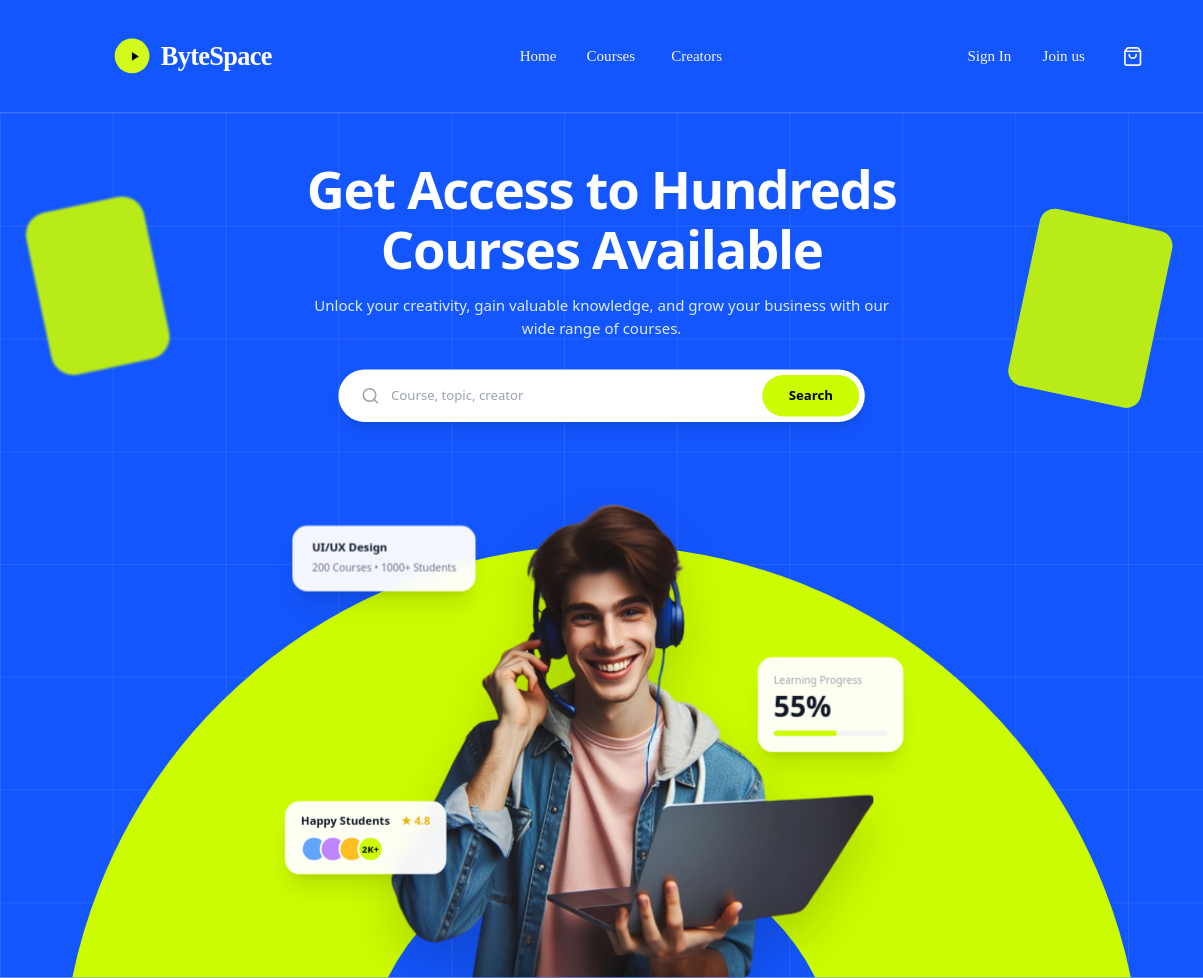
Repository: mdkawsarjomadder/bytespace
Page: /
An editor plug-in stored every save of this project. The page is shown before and after the next save, followed by the edit.
The browser window is 1280 px wide. The pictures show the whole page, at 94% of full size.
Some web fonts or font styles are not loaded; a fallback is used. The project was rebuilt for these pictures with package versions that can differ from the ones it lists, and the page was loaded fresh each time. Also part of the build but not shown: vite.config.js.

Above is the page before, as saved 2026-09-29 18:31:23.

After the next save:
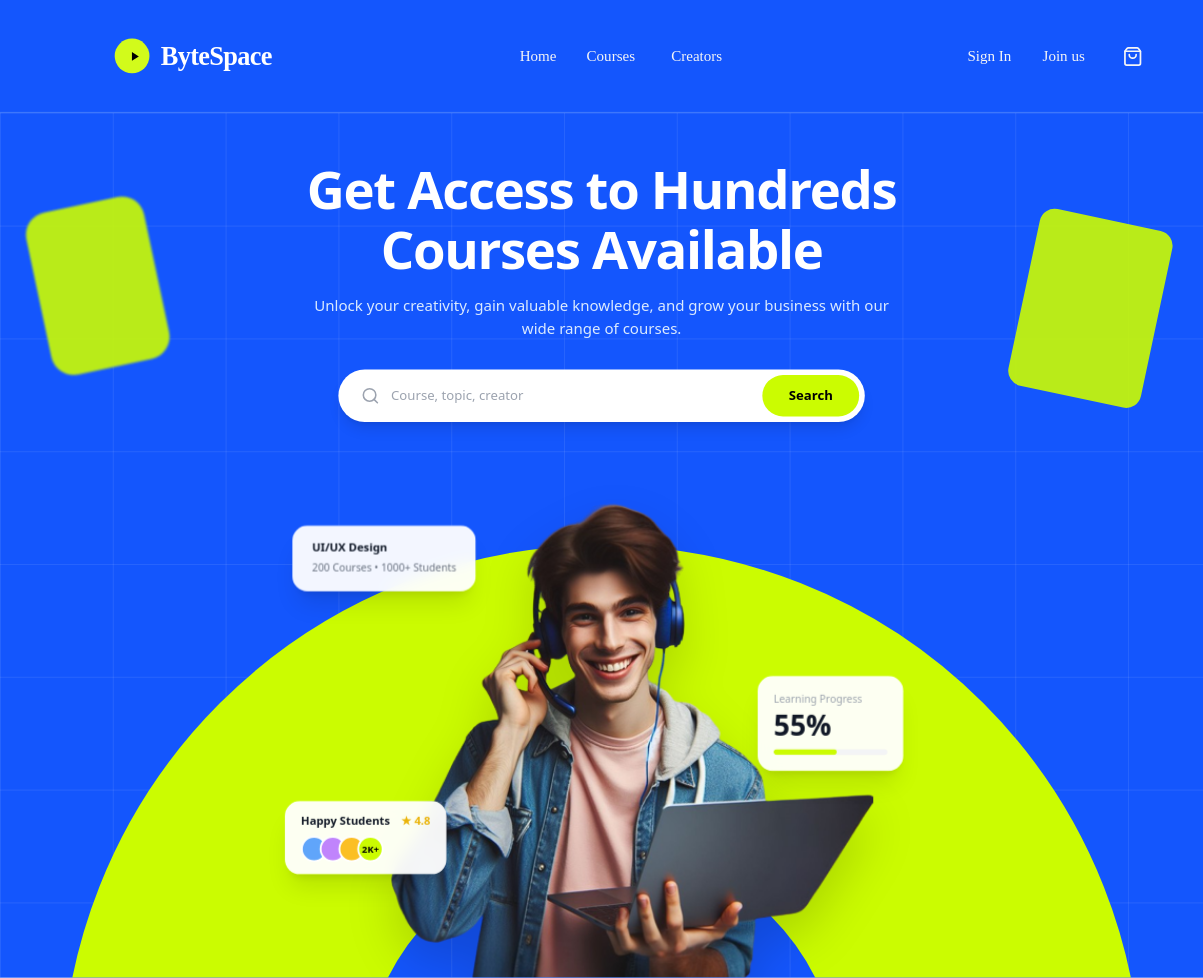
Saved 23 s later.
--- a/src/components/Hero.jsx
+++ b/src/components/Hero.jsx
@@ -70,7 +70,7 @@ const Hero = () => {
         </div>
 
         {/* Floating Card: Learning Progress (Top Right) */}
-        <div className="absolute -right-8 top-[200px] z-20 bg-white/95 backdrop-blur text-black p-4 rounded-2xl shadow-xl border border-white/20 min-w-[155px] ">
+        <div className="absolute -right-8 top-[220px] z-20 bg-white/95 backdrop-blur text-black p-4 rounded-2xl shadow-xl border border-white/20 min-w-[155px] ">
           <span className="text-[11px] font-medium text-gray-400 block mb-1">Learning Progress</span>
           <span className="text-3xl font-extrabold text-gray-900 block leading-none">55%</span>
           <div className="w-full bg-gray-100 h-1.5 rounded-full mt-2.5 overflow-hidden">
